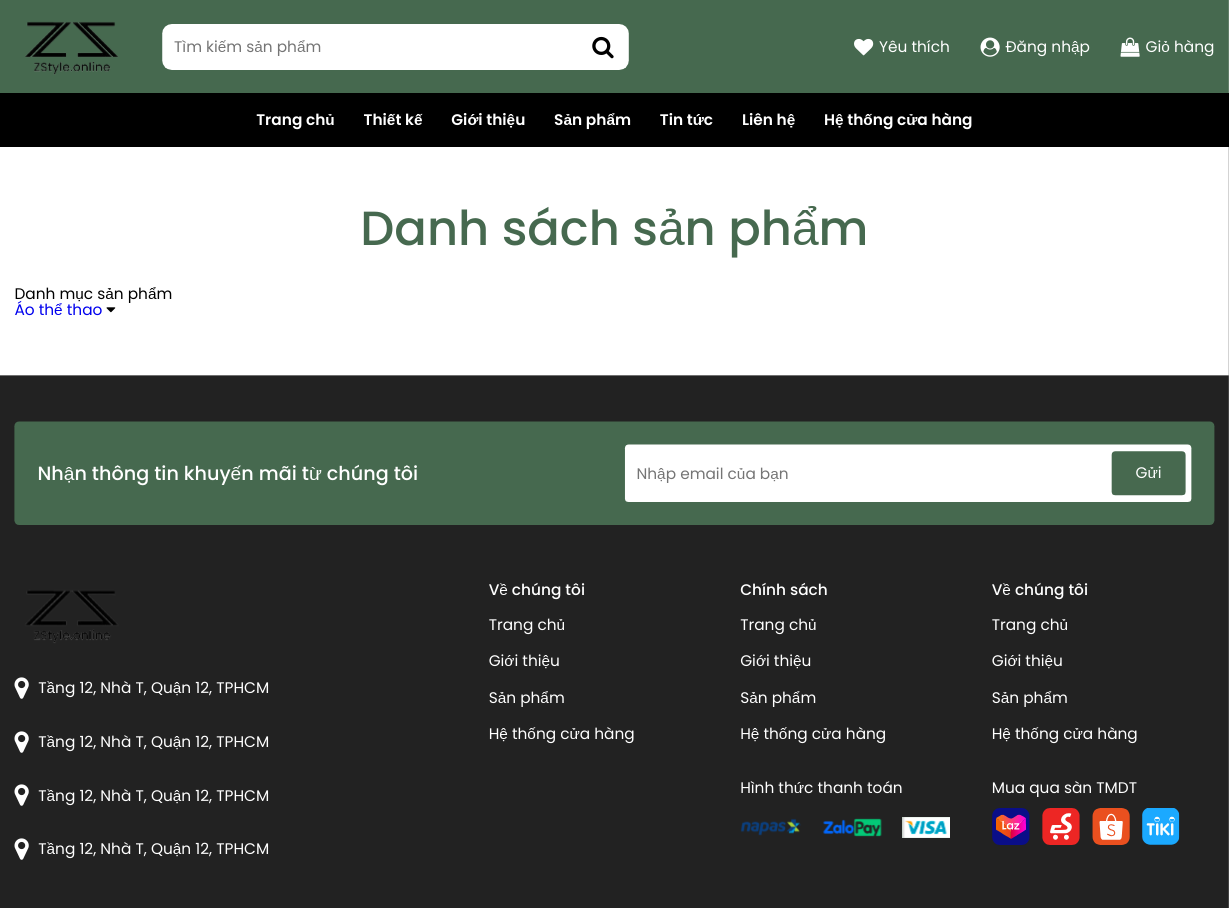
Repository: Toan3333/duanmau
Page: assets/pages/sanpham.html
The author's editor kept a copy of each file at every save. The page is drawn from the files as they stood at one save, then again after the next save.
The browser window is 1280 px wide. The pictures show the whole page, at 96% of full size.
Some web libraries are served in a nearby version.

Above is the page before, as saved 2023-11-03 10:28:37.

### assets/pages/sanpham.html
<!DOCTYPE html>
<html lang="en">
  <head>
    <meta charset="UTF-8" />
    <meta name="viewport" content="width=device-width, initial-scale=1.0" />
    <title>Danh sách sản phẩm</title>
    <link
      rel="stylesheet"
      type="text/css"
      href="https://cdn.jsdelivr.net/npm/slick-carousel@1.8.1/slick/slick.css" />
    <link rel="stylesheet" href="../css/style.css" />
    <link
      rel="stylesheet"
      href="https://cdnjs.cloudflare.com/ajax/libs/font-awesome/4.7.0/css/font-awesome.min.css"
      integrity="sha512-SfTiTlX6kk+qitfevl/7LibUOeJWlt9rbyDn92a1DqWOw9vWG2MFoays0sgObmWazO5BQPiFucnnEAjpAB+/Sw=="
      crossorigin="anonymous"
      referrerpolicy="no-referrer" />
    <link
      rel="stylesheet"
      type="text/css"
      href="https://cdn.jsdelivr.net/npm/slick-carousel@1.8.1/slick/slick.css" />

    <link
      href="https://fonts.googleapis.com/css?family=Poppins:100,100italic,200,200italic,300,300italic,regular,italic,500,500italic,600,600italic,700,700italic,800,800italic,900,900italic"
      rel="stylesheet" />
  </head>
  <body>
    <div class="app">
      <!-- Header -->
      <header class="header">
        <div class="container">
          <div class="header-main">
            <div class="header-logo">
              <a href="#">
                <img src="../images/logo.svg" alt="" />
              </a>
            </div>
            <form action="" class="header-form">
              <div class="header-input">
                <input type="text" placeholder="Tìm kiếm sản phẩm" />
                <div class="header-input-icon">
                  <i class="fa fa-search" aria-hidden="true"></i>
                </div>
              </div>
            </form>
            <div class="header-auth">
              <div class="header-auth__item">
                <i class="fa fa-heart" aria-hidden="true"></i>
                <a href="#" class="header-link">Yêu thích</a>
              </div>
              <div class="header-auth__item">
                <i class="fa fa-user-circle" aria-hidden="true"></i>
                <a href="#" class="header-link">Đăng nhập</a>
              </div>
              <div class="header-auth__item">
                <i class="fa fa-shopping-bag" aria-hidden="true"></i>
                <a href="#" class="header-link">Giỏ hàng</a>
              </div>
            </div>
          </div>
        </div>
      </header>
      <!-- Header end -->
      <section class="header-bottom">
        <div class="container">
          <div class="header-bottom__main">
            <ul class="header-menu">
              <li class="header-menu-item">
                <a href="/index.html" class="header-menu-link">Trang chủ</a>
              </li>
              <li class="header-menu-item">
                <a href="#" class="header-menu-link">Thiết kế</a>
              </li>
              <li class="header-menu-item">
                <a href="#" class="header-menu-link">Giới thiệu</a>
              </li>
              <li class="header-menu-item">
                <a href="#" class="header-menu-link">Sản phẩm</a>
              </li>
              <li class="header-menu-item">
                <a href="#" class="header-menu-link">Tin tức</a>
              </li>
              <li class="header-menu-item">
                <a href="#" class="header-menu-link">Liên hệ</a>
              </li>
              <li class="header-menu-item">
                <a href="#" class="header-menu-link">Hệ thống cửa hàng</a>
              </li>
            </ul>
          </div>
        </div>
      </section>
      <section class="list-product">
        <div class="container">
          <div class="heading-primary">Danh sách sản phẩm</div>
          <div class="list-product__main">
            <div class="list-product__left">
              <div class="list-product__left-aside">Danh mục sản phẩm</div>
              <div class="list-product__left-aside-item">
                <ul class="navbar-aside">
                  <li class="navbar-list">
                    <a href="#" class="navbar-link">Áo thể thao</a>
                    <i class="fa fa-caret-down" aria-hidden="true"></i>
                  </li>
                </ul>
              </div>
            </div>
            <div class="list-product__right"></div>
          </div>
        </div>
      </section>
      <footer class="footer">
        <div class="container">
          <div class="footer-box">
            <div class="footer-box__title">Nhận thông tin khuyến mãi từ chúng tôi</div>
            <form action="" class="footer-form">
              <div class="footer-form__input">
                <input class="form-control" type="text" placeholder="Nhập email của bạn " />
                <div class="footer-form__submit">
                  <button type="submit" class="footer-btn">Gửi</button>
                </div>
              </div>
            </form>
          </div>
          <div class="footer-list">
            <div class="footer-column">
              <div class="footer-logo">
                <a href="#">
                  <img src="../images/logo.svg" alt="" />
                </a>
                <div class="footer-nav">
                  <ul class="footer-menu">
                    <li class="footer-item">
                      <a href="#" class="footer-link"
                        ><i class="fa fa-map-marker" aria-hidden="true"></i>
                        Tầng 12, Nhà T, Quận 12, TPHCM
                      </a>
                    </li>
                    <li class="footer-item">
                      <a href="#" class="footer-link"
                        ><i class="fa fa-map-marker" aria-hidden="true"></i>
                        Tầng 12, Nhà T, Quận 12, TPHCM
                      </a>
                    </li>
                    <li class="footer-item">
                      <a href="#" class="footer-link"
                        ><i class="fa fa-map-marker" aria-hidden="true"></i>
                        Tầng 12, Nhà T, Quận 12, TPHCM
                      </a>
                    </li>
                    <li class="footer-item">
                      <a href="#" class="footer-link"
                        ><i class="fa fa-map-marker" aria-hidden="true"></i>
                        Tầng 12, Nhà T, Quận 12, TPHCM
                      </a>
                    </li>
                  </ul>
                </div>
              </div>
            </div>
            <div class="footer-column">
              <h4 class="footer-title">Về chúng tôi</h4>
              <ul class="footer-menus">
                <li>
                  <a href="#" class="footer-link">Trang chủ </a>
                </li>
                <li>
                  <a href="#" class="footer-link">Giới thiệu</a>
                </li>
                <li>
                  <a href="#" class="footer-link">Sản phẩm</a>
                </li>
                <li>
                  <a href="#" class="footer-link">Hệ thống cửa hàng</a>
                </li>
              </ul>
            </div>
            <div class="footer-column">
              <h4 class="footer-title">Chính sách</h4>
              <ul class="footer-menus">
                <li>
                  <a href="#" class="footer-link">Trang chủ </a>
                </li>
                <li>
                  <a href="#" class="footer-link">Giới thiệu</a>
                </li>
                <li>
                  <a href="#" class="footer-link">Sản phẩm</a>
                </li>
                <li>
                  <a href="#" class="footer-link">Hệ thống cửa hàng</a>
                </li>
              </ul>
              <div class="footer-checkout">
                <div class="footer-checkout__title">Hình thức thanh toán</div>
                <div class="footer-checkout__icon">
                  <img src="../images/napas.svg" alt="" />
                  <img src="../images/zalopay-icon.svg" alt="" />
                  <img src="../images/visa.svg" alt="" />
                </div>
              </div>
            </div>
            <div class="footer-column">
              <h4 class="footer-title">Về chúng tôi</h4>
              <ul class="footer-menus">
                <li>
                  <a href="#" class="footer-link">Trang chủ </a>
                </li>
                <li>
                  <a href="#" class="footer-link">Giới thiệu</a>
                </li>
                <li>
                  <a href="#" class="footer-link">Sản phẩm</a>
                </li>
                <li>
                  <a href="#" class="footer-link">Hệ thống cửa hàng</a>
                </li>
              </ul>
              <div class="footer-checkout">
                <div class="footer-checkout__title">Mua qua sàn TMDT</div>
                <div class="footer-checkout__icon">
                  <img class="footer-icon__image" src="../images/lazada.svg" alt="" />
                  <img class="footer-icon__image" src="../images/sendo.svg" alt="" />
                  <img class="footer-icon__image" src="../images/shopee.svg" alt="" />
                  <img class="footer-icon__image" src="../images/tiki.svg" alt="" />
                </div>
              </div>
            </div>
          </div>
        </div>
      </footer>
    </div>
    <script type="text/javascript" src="https://code.jquery.com/jquery-1.11.0.min.js"></script>
    <script
      type="text/javascript"
      src="https://code.jquery.com/jquery-migrate-1.2.1.min.js"></script>
    <script
      type="text/javascript"
      src="https://cdn.jsdelivr.net/npm/slick-carousel@1.8.1/slick/slick.min.js"></script>
    <script src="./assets/js/app.js"></script>
  </body>
</html>

Loaded but not shown: assets/js/app.js (13 lines, source omitted); assets/css/style.css (949 lines, source omitted)

After the next save:
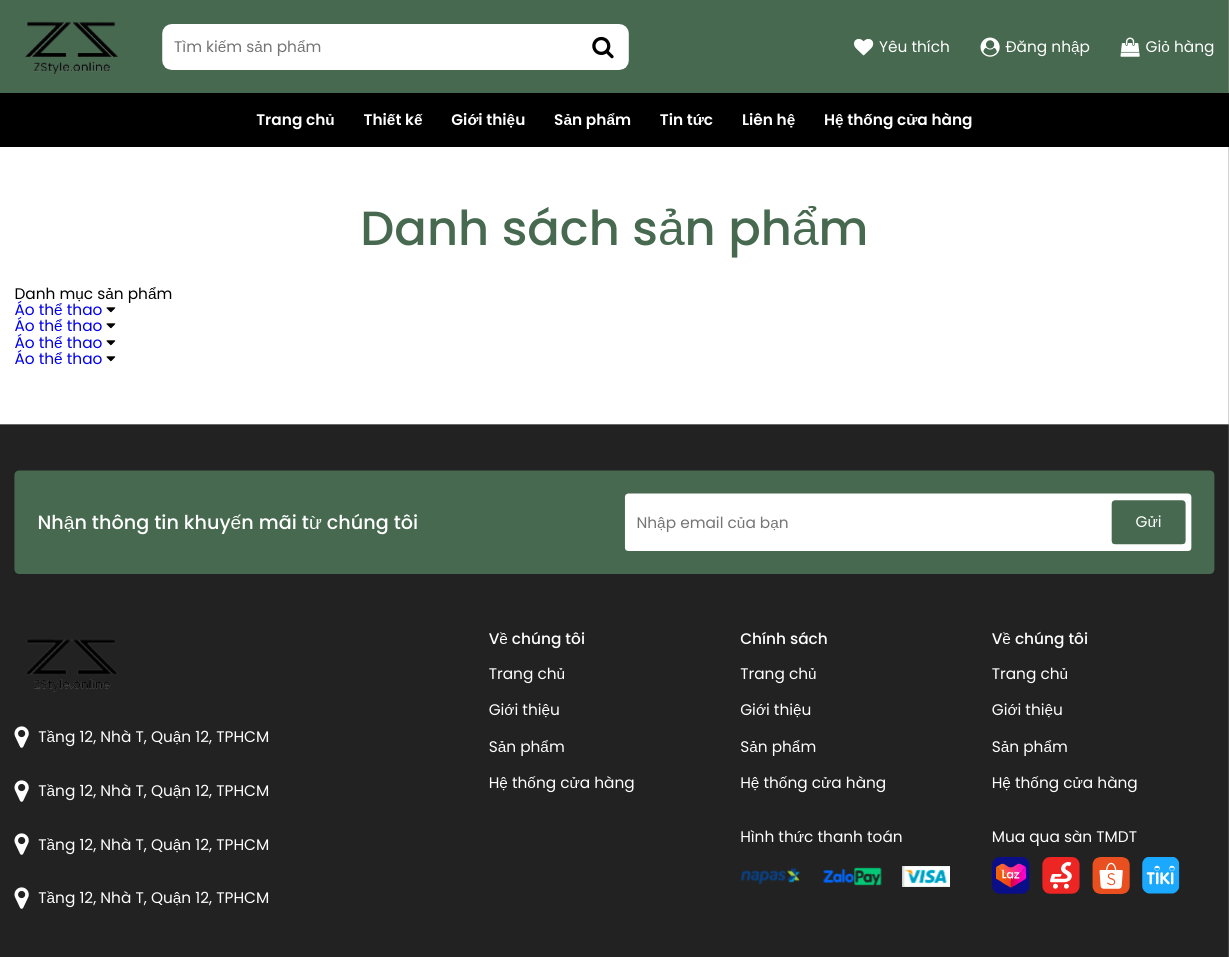
Saved 11 s later.
--- a/assets/pages/sanpham.html
+++ b/assets/pages/sanpham.html
@@ -98,6 +98,18 @@
               <div class="list-product__left-aside">Danh mục sản phẩm</div>
               <div class="list-product__left-aside-item">
                 <ul class="navbar-aside">
+                  <li class="navbar-list">
+                    <a href="#" class="navbar-link">Áo thể thao</a>
+                    <i class="fa fa-caret-down" aria-hidden="true"></i>
+                  </li>
+                  <li class="navbar-list">
+                    <a href="#" class="navbar-link">Áo thể thao</a>
+                    <i class="fa fa-caret-down" aria-hidden="true"></i>
+                  </li>
+                  <li class="navbar-list">
+                    <a href="#" class="navbar-link">Áo thể thao</a>
+                    <i class="fa fa-caret-down" aria-hidden="true"></i>
+                  </li>
                   <li class="navbar-list">
                     <a href="#" class="navbar-link">Áo thể thao</a>
                     <i class="fa fa-caret-down" aria-hidden="true"></i>
